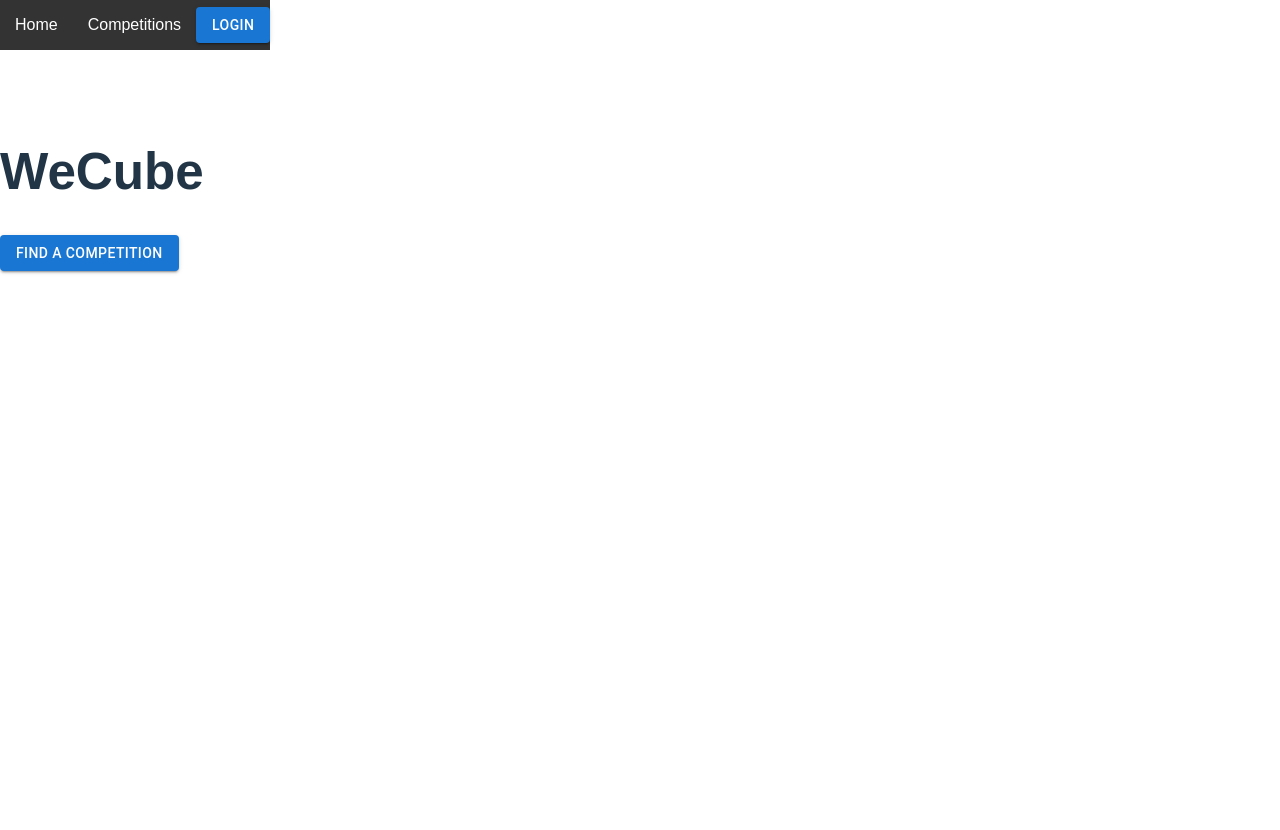
Repository: BWei22/wecube
Page: /
The author's editor kept a copy of each file at every save. The page is drawn from the files as they stood at one save, then again after the next save.
The browser window is 1280 px wide. The pictures show the whole page.
The project was rebuilt for these pictures with package versions that can differ from the ones it lists, and the page was loaded fresh each time. Also part of the build but not shown: vite.config.js, src/pages/Competitions.css, src/pages/Competitions.jsx, src/pages/Listings.css, src/pages/Listings.jsx, src/pages/CreateListing.jsx, src/pages/ListingDetails.css, src/pages/ListingDetails.jsx and 11 more.

Above is the page before, as saved 2024-07-29 23:22:25.

### index.html
<!doctype html>
<html lang="en">
  <head>
    <meta charset="UTF-8" />
    <link rel="icon" type="image/svg+xml" href="/vite.svg" />
    <meta name="viewport" content="width=device-width, initial-scale=1.0" />
    <title>WeCube</title>
  </head>
  <body>
    <div id="root"></div>
    <script type="module" src="/src/main.jsx"></script>
  </body>
</html>

### src/App.jsx
import React from 'react';
import { BrowserRouter as Router, Routes, Route } from 'react-router-dom';
import Home from './pages/Home';
import Competitions from './pages/Competitions';
import Listings from './pages/Listings';
import CreateListing from './pages/CreateListing';
import ListingDetails from './pages/ListingDetails';
import InterestedBuyers from './pages/InterestedBuyers';
import Notifications from './pages/Notifications';
import AuthComponent from './components/AuthComponent';
import PrivateRoute from './components/PrivateRoute';
import NavBar from './components/NavBar';
import { ProvideAuth } from './hooks/useAuth';
import Message from './pages/Message';
import Conversations from './pages/Conversations';
import Profile from './pages/Profile';
import './App.css'; // Import the global CSS

const App = () => {
  return (
    <ProvideAuth>
      <Router>
        <NavBar />
        <div className="main-container">
          <Routes>
            <Route path="/" element={<Home />} />
            <Route path="/competitions" element={<Competitions />} />
            <Route path="/listings/:competitionId" element={<Listings />} />
            <Route path="/create-listing/:competitionId" element={<PrivateRoute><CreateListing /></PrivateRoute>} />
            <Route path="/listing/:listingId" element={<ListingDetails />} />
            <Route path="/interested-buyers/:listingId" element={<PrivateRoute><InterestedBuyers /></PrivateRoute>} />
            <Route path="/notifications" element={<PrivateRoute><Notifications /></PrivateRoute>} />
            <Route path="/auth" element={<AuthComponent />} />
            <Route path="/messages/:listingId" element={<PrivateRoute><Message /></PrivateRoute>} />
            <Route path="/conversations" element={<PrivateRoute><Conversations /></PrivateRoute>} />
            <Route path="/profile" element={<PrivateRoute><Profile /></PrivateRoute>} />
          </Routes>
        </div>
      </Router>
    </ProvideAuth>
  );
};

export default App;

### src/pages/Home.jsx
// src/pages/Home.jsx
import React from "react";
import { useNavigate } from "react-router-dom";
import Button from '@mui/material/Button';

const Home = () => {
  const navigate = useNavigate();

  const handleFindCompetition = () => {
    navigate("/competitions");
  };

  return (
    <div className="home">
      <h1>WeCube</h1>
      <Button variant="contained" color="primary" onClick={handleFindCompetition}>
        Find a Competition
      </Button>
    </div>
  );
};

export default Home;

### src/components/NavBar.jsx
import React, { useState, useEffect } from 'react';
import { Link, useNavigate } from 'react-router-dom';
import { useAuth } from '../hooks/useAuth';
import { db, auth } from '../firebaseConfig';
import { collection, query, where, onSnapshot } from 'firebase/firestore';
import Badge from '@mui/material/Badge';
import Button from '@mui/material/Button';
import './NavBar.css';

const NavBar = () => {
  const auth = useAuth();
  const navigate = useNavigate();
  const [newMessages, setNewMessages] = useState(0);

  useEffect(() => {
    if (!auth.currentUser) {
      return;
    }

    const q = query(collection(db, 'messages'), where('recipientId', '==', auth.currentUser.uid), where('isRead', '==', false));
    const unsubscribe = onSnapshot(q, (querySnapshot) => {
      setNewMessages(querySnapshot.size);
    });

    return () => unsubscribe();
  }, [auth.currentUser]);

  const handleLogout = () => {
    auth.signout(() => navigate('/'));
  };

  return (
    <div className="navbar">
      <div className="navbar-left">
        <Link to="/">Home</Link>
        <Link to="/competitions">Competitions</Link>
      </div>
      <div className="navbar-right">
        {auth.user ? (
          <>
            <Badge badgeContent={newMessages} color="error">
              <Link to="/conversations">Conversations</Link>
            </Badge>
            <Link to="/profile">Profile</Link>
            <Button onClick={handleLogout} variant="contained" color="secondary">Logout</Button>
          </>
        ) : (
          <Button onClick={() => navigate('/auth')} variant="contained" color="primary">Login</Button>
        )}
      </div>
    </div>
  );
};

export default NavBar;

### src/hooks/useAuth.jsx
import React, { useState, useEffect, useContext, createContext } from 'react';
import { getAuth, signInWithPopup, GoogleAuthProvider, signOut } from 'firebase/auth';

const authContext = createContext();

export function ProvideAuth({ children }) {
  const auth = useProvideAuth();
  return <authContext.Provider value={auth}>{children}</authContext.Provider>;
}

export const useAuth = () => {
  return useContext(authContext);
};

function useProvideAuth() {
  const [user, setUser] = useState(null);

  const signinWithGoogle = async () => {
    const auth = getAuth();
    const provider = new GoogleAuthProvider();
    await signInWithPopup(auth, provider);
    setUser(auth.currentUser);
  };

  const signout = async (callback) => {
    const auth = getAuth();
    await signOut(auth);
    setUser(null);
    if (callback) callback();
  };

  useEffect(() => {
    const auth = getAuth();
    const unsubscribe = auth.onAuthStateChanged((user) => {
      if (user) {
        setUser(user);
      } else {
        setUser(null);
      }
    });

    return () => unsubscribe();
  }, []);

  return {
    user,
    signinWithGoogle,
    signout,
  };
}

### src/App.css
/* src/App.css */

body, html {
  margin: 0;
  padding: 0;
  height: 100%;
  width: 100%;
  font-family: Arial, sans-serif;
}

#root {
  height: 100%;
}

.main-container {
  display: flex;
  flex-direction: column;
  height: 100vh;
  padding-top: 60px; /* Adjust based on navbar height */
}

### src/firebaseConfig.js
// src/firebaseConfig.js
import { initializeApp } from "firebase/app";
import { getFirestore } from "firebase/firestore";
import { getAuth, onAuthStateChanged, GoogleAuthProvider, signInWithPopup } from "firebase/auth";

const firebaseConfig = {
  apiKey: "AIzaSyDYb4aSYo2bUTjyhVYMKNBykxSJtt_21Po",
  authDomain: "wecube-e0d78.firebaseapp.com",
  projectId: "wecube-e0d78",
  storageBucket: "wecube-e0d78.appspot.com",
  messagingSenderId: "412392652109",
  appId: "1:412392652109:web:bc3ad839badcf48e85cb04",
  measurementId: "G-3J43PF4YX8"
};

const app = initializeApp(firebaseConfig);
const db = getFirestore(app);
const auth = getAuth(app);
const provider = new GoogleAuthProvider();

onAuthStateChanged(auth, (user) => {
  if (user) {
    console.log("User is signed in", user);
  } else {
    console.log("No user is signed in");
  }
});

export { db, auth, provider };

### src/components/NavBar.css
/* src/components/Navbar.css */

.navbar {
  display: flex;
  justify-content: space-around;
  align-items: center;
  height: 50px;
  background-color: #333;
  color: white;
}

.navbar a {
  color: white;
  text-decoration: none;
  padding: 0 15px;
}

.notification-badge {
  background-color: red;
  color: white;
  border-radius: 50%;
  padding: 5px 10px;
  margin-left: 5px;
}

Loaded but not shown: src/main.jsx (common file); src/index.css (common file)

After the next save:
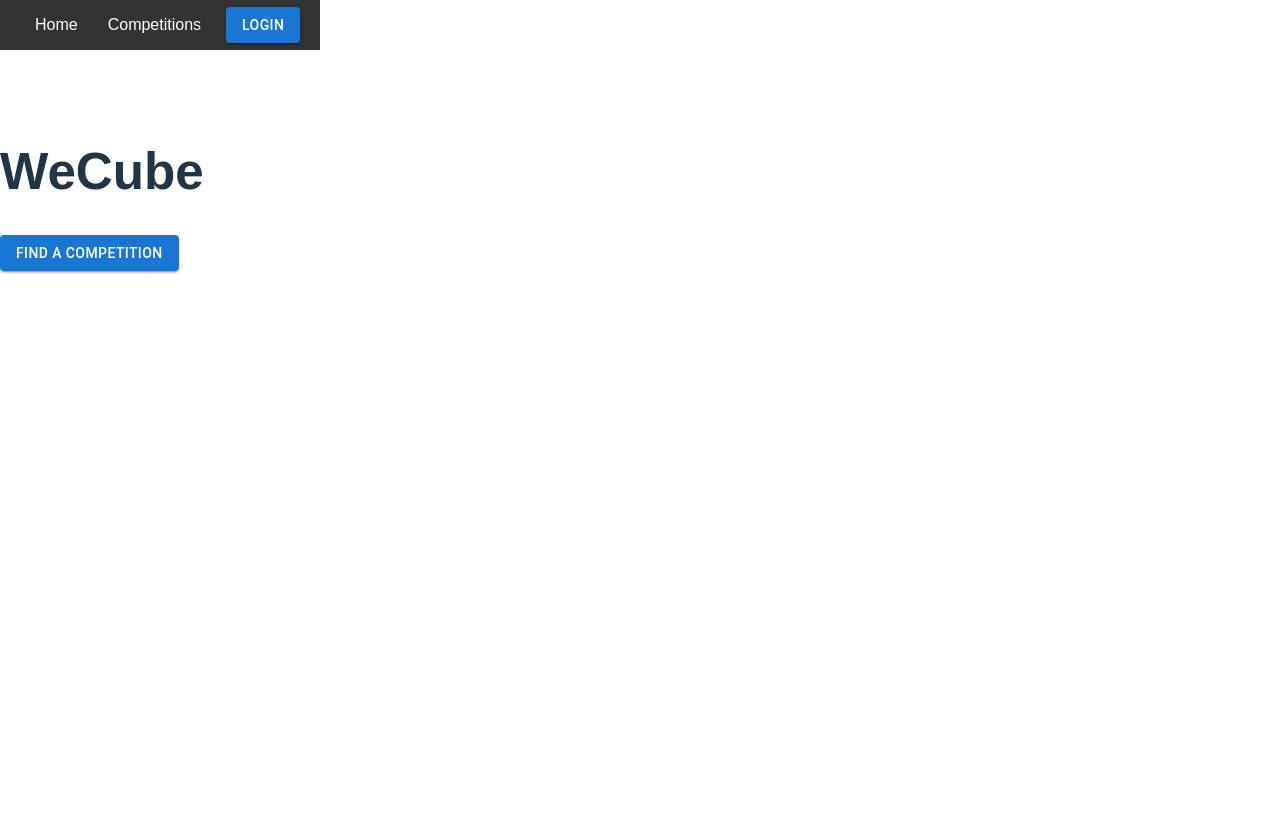
Saved 7 s later.
--- a/src/components/NavBar.css
+++ b/src/components/NavBar.css
@@ -1,12 +1,19 @@
-/* src/components/Navbar.css */
+/* src/components/NavBar.css */
 
 .navbar {
   display: flex;
-  justify-content: space-around;
+  justify-content: space-between;
   align-items: center;
   height: 50px;
   background-color: #333;
   color: white;
+  padding: 0 20px;
+}
+
+.navbar-left,
+.navbar-right {
+  display: flex;
+  align-items: center;
 }
 
 .navbar a {
@@ -15,10 +22,10 @@
   padding: 0 15px;
 }
 
-.notification-badge {
-  background-color: red;
-  color: white;
-  border-radius: 50%;
-  padding: 5px 10px;
-  margin-left: 5px;
+.navbar .navbar-right .MuiBadge-root {
+  margin-right: 15px;
 }
+
+.navbar .MuiButton-root {
+  margin-left: 10px;
+}
